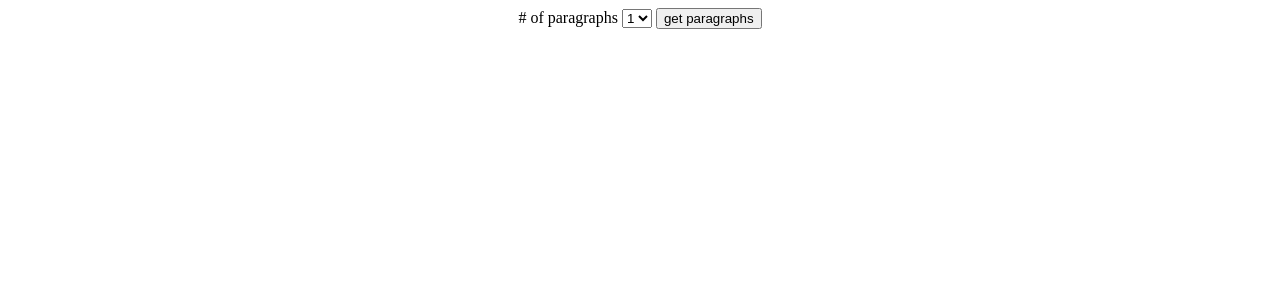
Repository: jedeyejed00/TheGameShaq
Page: ClassWork/Lab4/generatorform.html
The author's editor kept a record of every edit. The page is drawn from the files as they stood at one moment, then again after the next edit.
The browser window is 1280 px wide. The pictures show the whole page.

Above is the page before.

After the next edit:
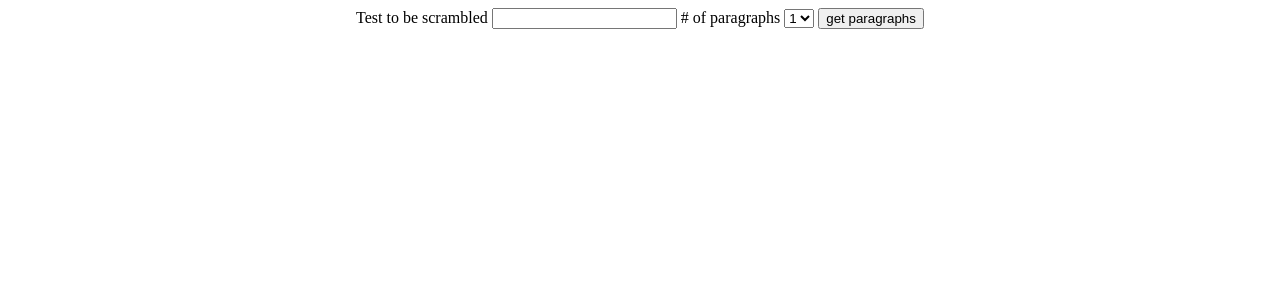
The edit:
--- a/ClassWork/Lab4/generatorform.html
+++ b/ClassWork/Lab4/generatorform.html
@@ -13,6 +13,8 @@
 
 
                 <form action="generator.php" method="POST">
+                <label for "text">Test to be scrambled</label>
+                <input type = "text" id ="text" name ="text">
 
                     <label for ="paragraphs"># of paragraphs</label>
                     <select id ="paragraphs" names ="paragraphs">
